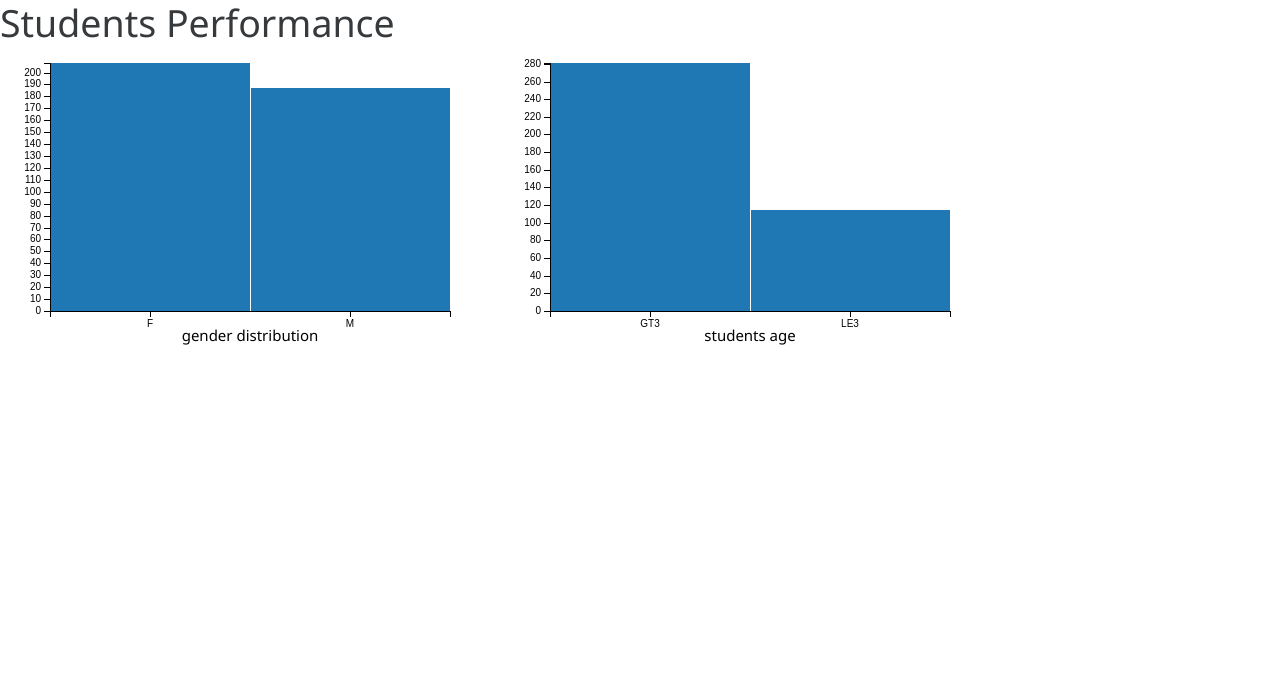
Repository: Baal89/second-milestone-project
Page: index.html
The author's editor kept a record of every edit. The page is drawn from the files as they stood at one moment, then again after the next edit.
The browser window is 1280 px wide. The pictures show the whole page.

Above is the page before.

After the next edit:
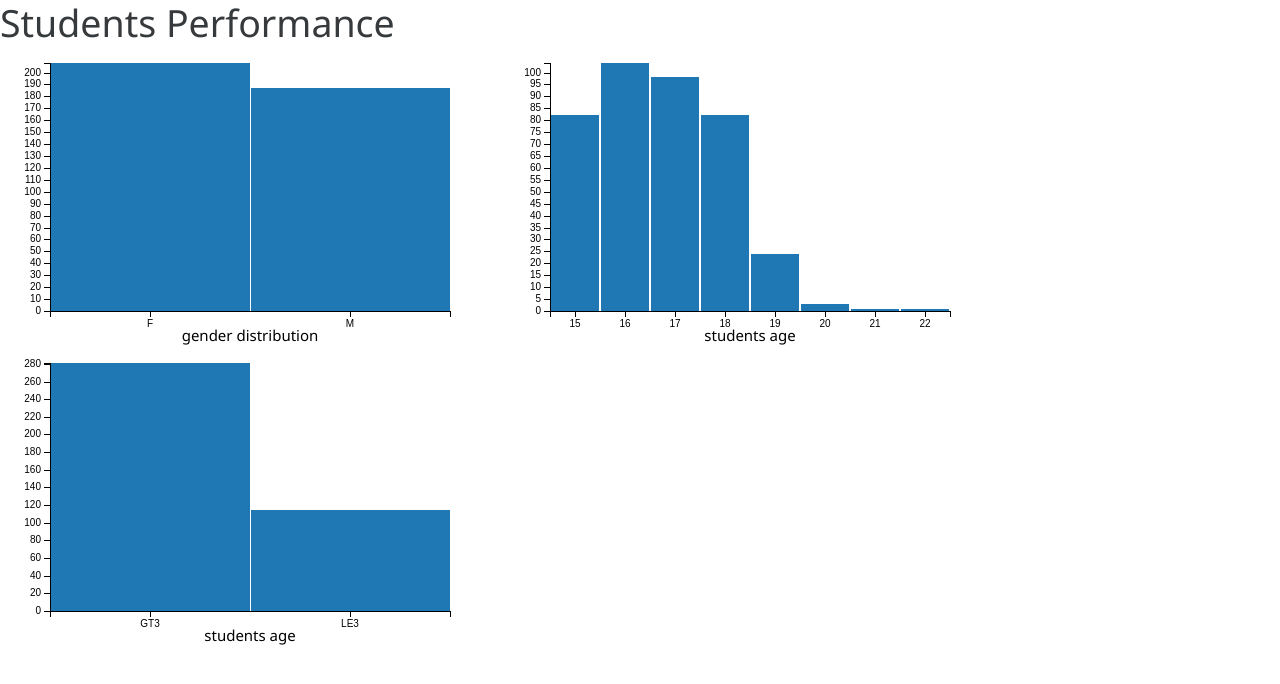
The edit:
--- a/static/js/graph.js
+++ b/static/js/graph.js
@@ -52,7 +52,7 @@
     var dim = ndx.dimension(dc.pluck("famsize"));
     var group = dim.group();
 
-    dc.barChart("#age-balance")
+    dc.barChart("#family-size")
         .width(500)
         .height(300)
         .margins({ top: 10, right: 50, bottom: 30, left: 50 })
